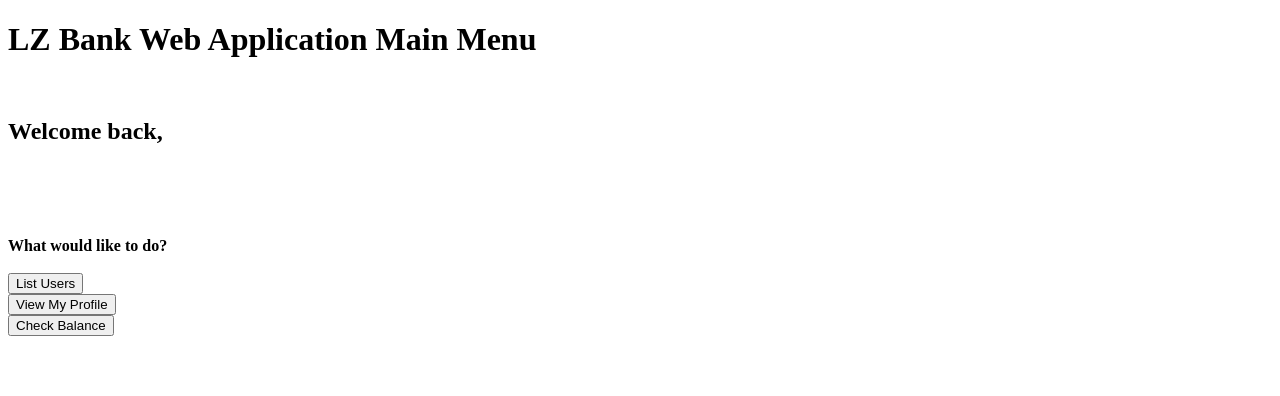
Repository: kingron98/SoftEng-Bank-Web-Application-
Page: http://localhost/SE3_BankWebApp/loginSuccess.jsp
An editor plug-in stored every save of this project. The page is shown before and after the next save, followed by the edit.
The browser window is 1280 px wide. The pictures show the whole page.
The page is served by Tomcat 9. Other server files are loaded and not shown.

Above is the page before, as saved 2020-12-13 10:51:44.

### SE3 Bank App/Java/Workspace/SE3_BankWebApp/WebContent/loginSuccess.jsp
<%@ page language="java" contentType="text/html; charset=ISO-8859-1" pageEncoding="ISO-8859-1"%>

<%@ taglib uri="http://java.sun.com/jsp/jstl/core" prefix="c" %>

<!DOCTYPE html PUBLIC "-//W3C//DTD HTML 4.01 Transitional//EN" "http://www.w3.org/TR/html4/loose.dtd">
<html>

<head>
<meta http-equiv="Content-Type" content="text/html; charset=ISO-8859-1">
<title>LZ Bank Web Application Main Menu</title>
</head>

<body>
	<h1>LZ Bank Web Application Main Menu</h1>

	<br/>

	<c:set var="customer" value="${sessionScope.customer}"/>
	<c:set var="bankaccount" value="${sessionScope.bankaccount}"/>
	<h2>Welcome back,</h2>
	<br/>
	<h3><c:out value="${customer.customerName}"/></h3>
	<br/><br/>
	<b>What would like to do?</b>

	<br/><br/>

	<form action="FrontController" method="post">
	     <input type="hidden" name="action" value="ListUsers" />
         <input type="submit" value="List Users" />
    </form>
    <form action="FrontController" method="post">
	     <input type="hidden" name="action" value="ViewUserProfile" />
         <input type="submit" value="View My Profile" />
    </form>
    <form action="FrontController" method="post">
	     <input type="hidden" name="action" value="CheckBalance" />
         <input type="submit" value="Check Balance" />
    </form>
</body>

</html>

After the next save:
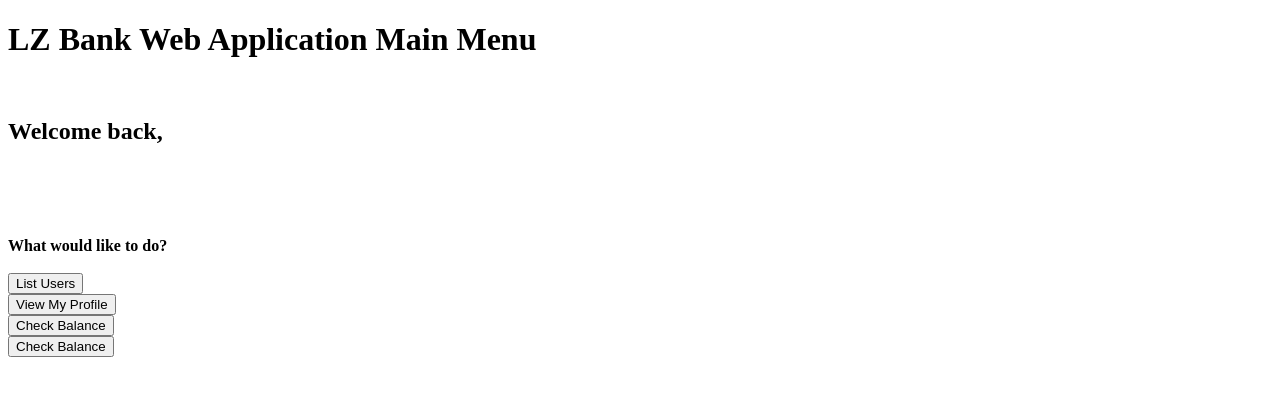
Saved 32 s later.
--- a/SE3 Bank App/Java/Workspace/SE3_BankWebApp/WebContent/loginSuccess.jsp
+++ b/SE3 Bank App/Java/Workspace/SE3_BankWebApp/WebContent/loginSuccess.jsp
@@ -37,6 +37,10 @@
 	     <input type="hidden" name="action" value="CheckBalance" />
          <input type="submit" value="Check Balance" />
     </form>
+    <form action="FrontController" method="post">
+	     <input type="hidden" name="action" value="displayUpdateProfile" />
+         <input type="submit" value="Check Balance" />
+    </form>
 </body>
 
 </html>
